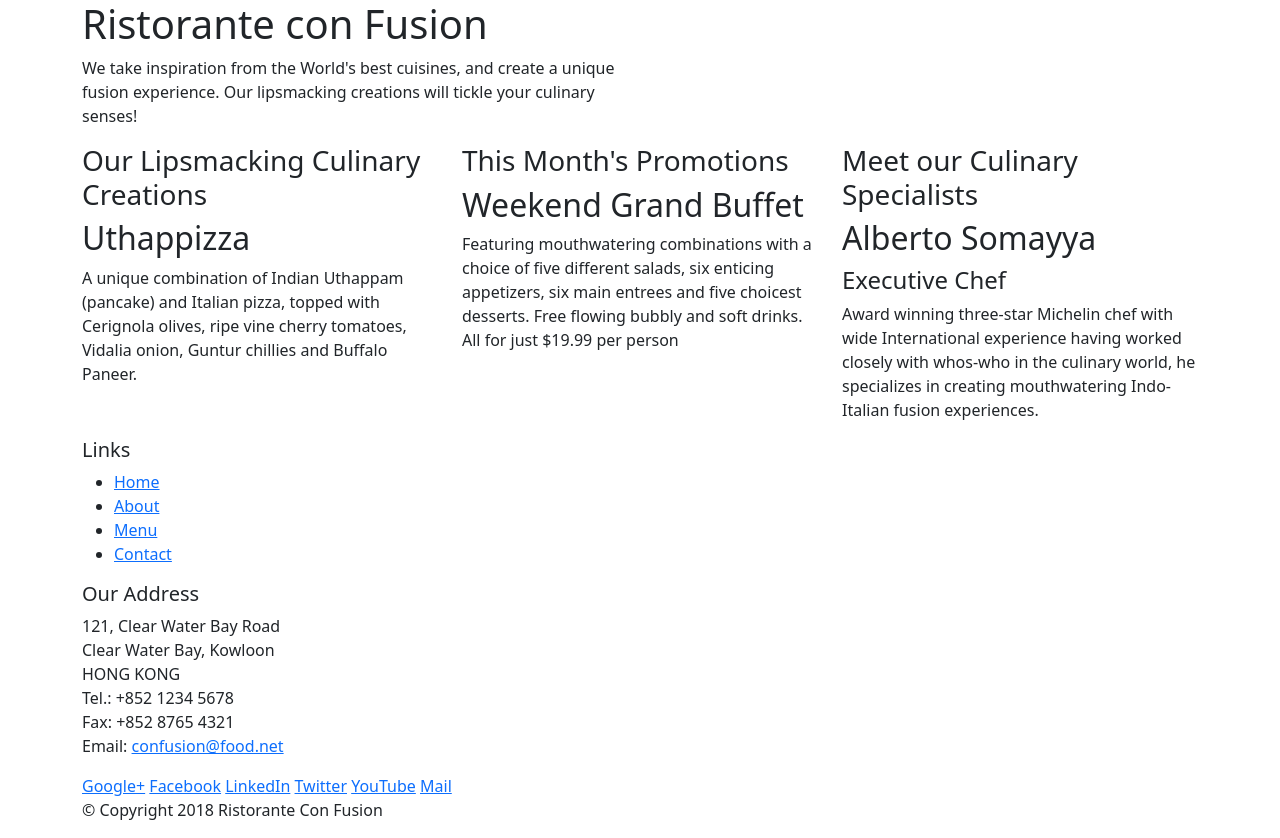
Repository: GiaBaooLe/Reactjs
Page: index.html
An editor plug-in stored every save of this project. The page is shown before and after the next save, followed by the edit.
The browser window is 1280 px wide. The pictures show the whole page.
Some web libraries are served in a nearby version.

Above is the page before, as saved 2023-09-12 14:06:26.

After the next save:
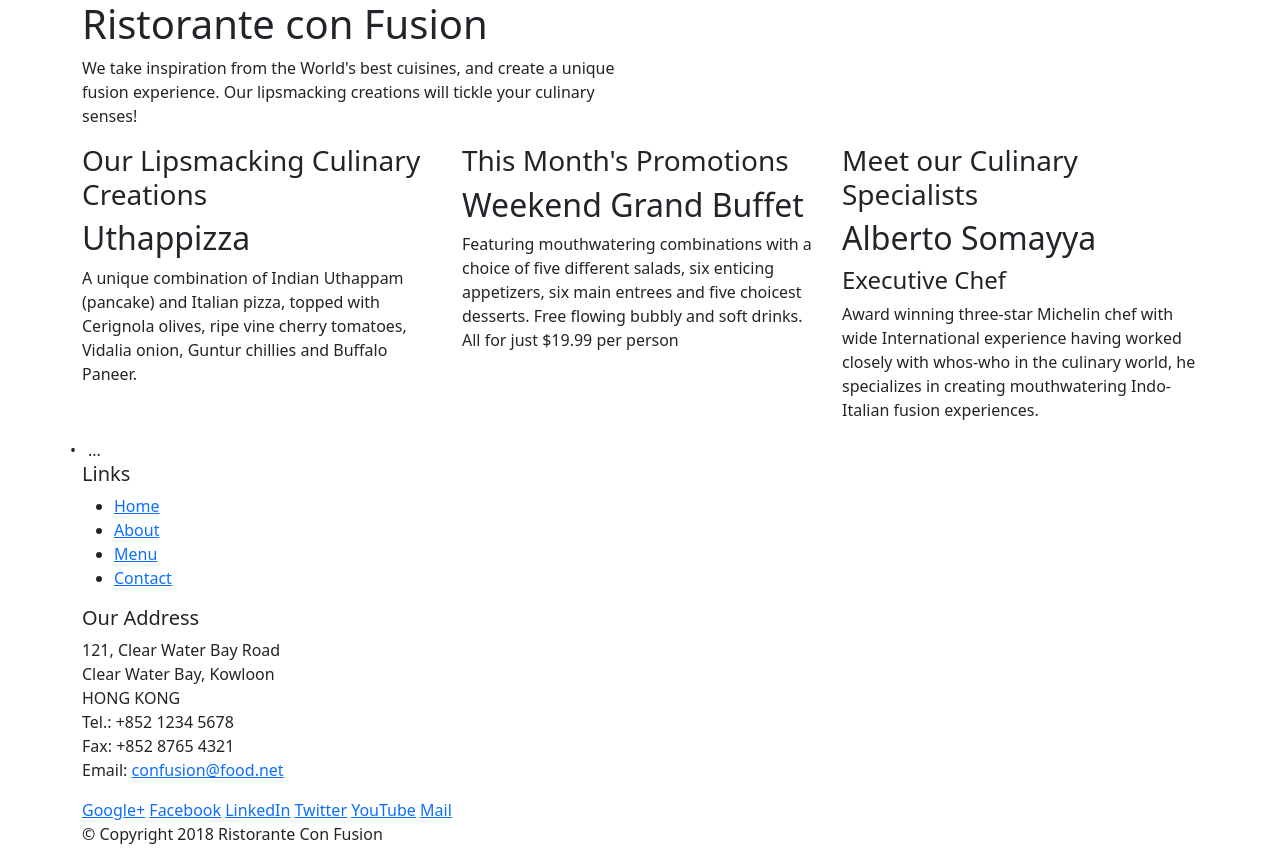
Saved 8 s later.
--- a/index.html
+++ b/index.html
@@ -93,7 +93,7 @@
     <footer>
       <div class="container">
         <div class="row">
-            <div></div>
+            •	            <div class="col-4 col-sm-2"> ... </div>
           <div>
             <h5>Links</h5>
             <ul>
